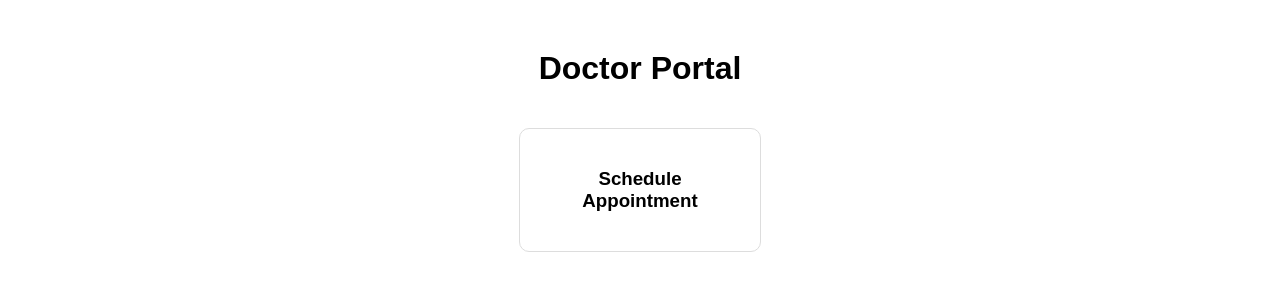
Repository: jaytriggz/Hospital-Management-System
Page: doctor_portal.html
An editor plug-in stored every save of this project. The page is shown before and after the next save, followed by the edit.
The browser window is 1280 px wide. The pictures show the whole page.

Above is the page before, as saved 2024-07-04 16:09:08.

After the next save:
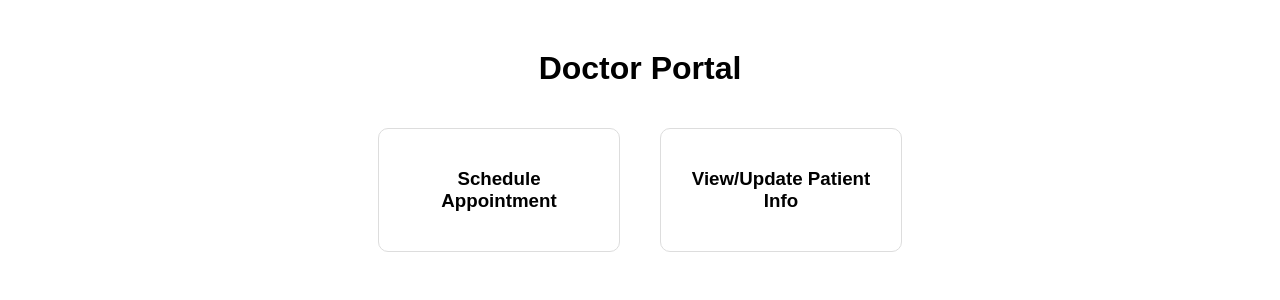
Saved 104 s later.
--- a/doctor_portal.html
+++ b/doctor_portal.html
@@ -37,6 +37,9 @@
             <div class="link" onclick="location.href='schedule_appointment.html'">
                 <h3>Schedule Appointment</h3>
             </div>
+            <div class="link" onclick="location.href='view_update_patient_info.html'">
+                <h3>View/Update Patient Info</h3>
+            </div>
             <!-- Add more links as needed -->
         </div>
     </div>
